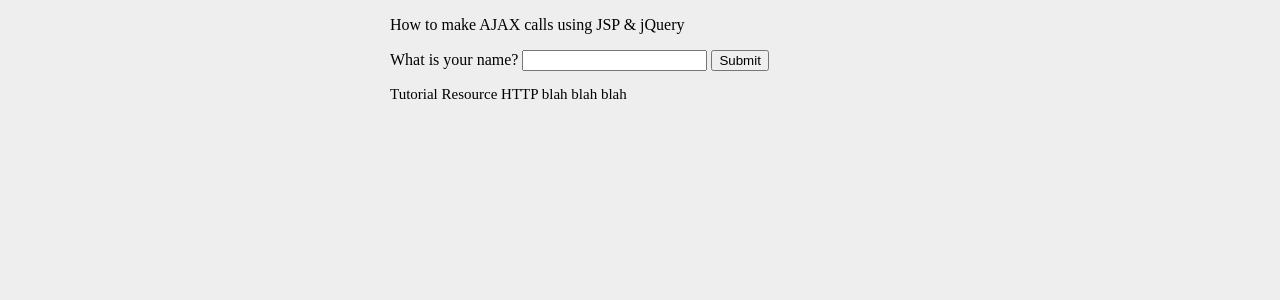
Repository: WillLiang918/Portfolio
Page: http://localhost/Task_Manager/ForgotPassword.jsp
An editor plug-in stored every save of this project. The page is shown before and after the next save, followed by the edit.
The browser window is 1280 px wide. The pictures show the whole page.
The page is served by Tomcat 9. Other server files are loaded and not shown.

Above is the page before, as saved 2015-07-22 19:21:19.

### Task_Manager/WebContent/ForgotPassword.jsp
<%@ page language="java" contentType="text/html" pageEncoding="UTF-8"%>
<!DOCTYPE html>
<html>
<head>
<meta charset="utf-8">
<title>Forgot Password</title>
<script src="javascript/jquery-2.1.4.js"></script>
<script src="javascript/basic.js"></script>
<link rel="stylesheet" href="css/basic.css" type="text/css" media="screen" />
</head>
<body>
	<p class="Large">How to make AJAX calls using JSP & jQuery</p>
	<form id="updateUsername">
		<label for="username">What is your name?</label>
		<input type="text" id="username" name="username" />
		<input type="submit" />
	</form>
	<p id="displayName" />
	<br>
	<p class="small">Tutorial Resource HTTP blah blah blah</p>
</body>
</html>

### Task_Manager/WebContent/javascript/basic.js
/**
 *
 */

$(document).ready(function(){
	$('#updateUsername').submit(function(){
		$.ajax({
			url: 'update',
			type: 'POST',
			dataType: 'json',
			data: $('#updateUsername').serialize(),
			success: function(data){
				if(data.isValid){
					$('#displayName').html('Your name is: ' + data.username);
					$('#displayName').slideDown(500);
				}
				else {
					alert('Please enter a valid username!')
				}
			}
		});
		return false;
	});
});

### Task_Manager/WebContent/css/basic.css
@CHARSET "UTF-8";

body {
	margin: 0px auto;
	width: 500px;
	background-color: #EEEEEE;
}

p.large{
	font-size:20px
}

p.small{
	font-size:15px;
}

p#displayName {
	display: none;
}

Loaded but not shown: Task_Manager/WebContent/javascript/jquery-2.1.4.js (library)

After the next save:
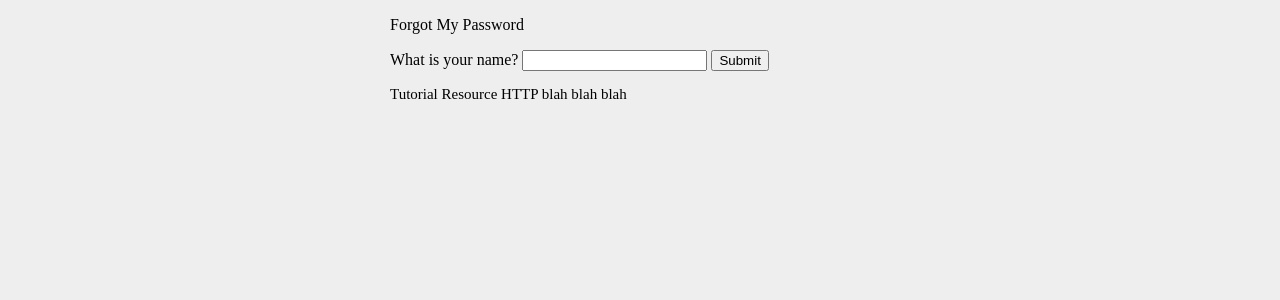
Saved 37 s later.
--- a/Task_Manager/WebContent/ForgotPassword.jsp
+++ b/Task_Manager/WebContent/ForgotPassword.jsp
@@ -9,7 +9,7 @@
 <link rel="stylesheet" href="css/basic.css" type="text/css" media="screen" />
 </head>
 <body>
-	<p class="Large">How to make AJAX calls using JSP & jQuery</p>
+	<p class="Large">Forgot My Password</p>
 	<form id="updateUsername">
 		<label for="username">What is your name?</label>
 		<input type="text" id="username" name="username" />
